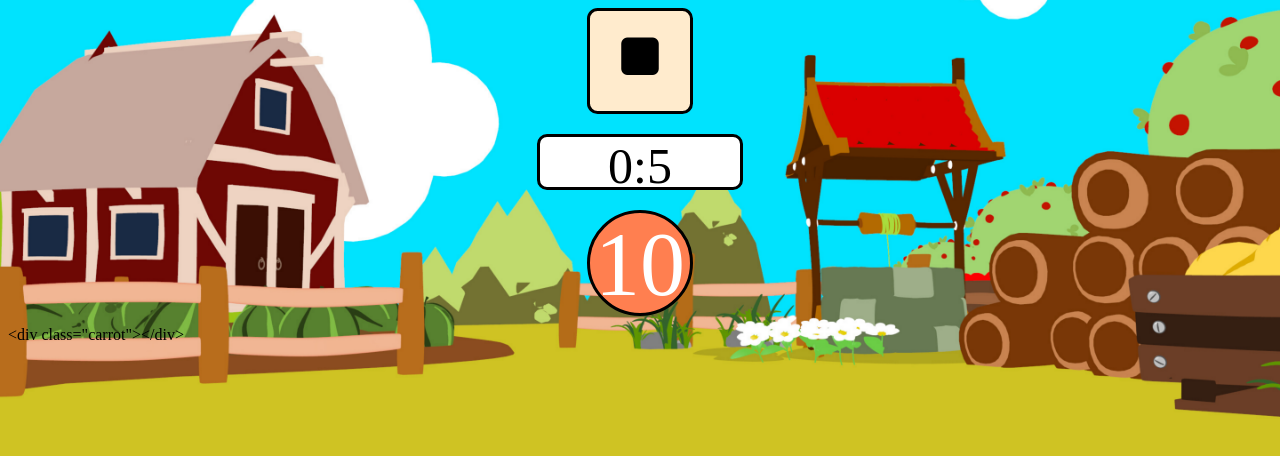
Repository: rumor1993/DreamCoding-Browser101
Page: Chapter07/index.html
The author's editor kept a copy of each file at every save. The page is drawn from the files as they stood at one save, then again after the next save.
The browser window is 1280 px wide. The pictures show the whole page.
Some web libraries are served in a nearby version.

Above is the page before, as saved 2021-01-01 14:07:08.
Console error: TypeError: Failed to execute 'appendChild' on 'Node': parameter 1 is not of type 'Node'.

### Chapter07/index.html
<!DOCTYPE html>
<html lang="en">
  <head>
    <meta charset="UTF-8" />
    <meta name="viewport" content="width=device-width, initial-scale=1.0" />
    <title>Document</title>
    <link rel="stylesheet" href="index.css" />
    <script src="index.js" defer></script>
    <script src="https://kit.fontawesome.com/86c035f01d.js" crossorigin="anonymous"></script>
  </head>
  <body>
    <div class="stop">
      <i class="fas fa-stop"></i>
    </div>
    <div class="timer">
      <div class="time">0:5</div>
    </div>
    <div class="carrot-count">
      <div class="count">10</div>
    </div>
  </body>
</html>

### Chapter07/index.css
body {
  background-repeat: no-repeat;
  background-size: cover;
  background-image: url("carrot/img/background.png");
}

.stop {
  position: relative;
  background-color: blanchedalmond;
  width: 100px;
  height: 100px;
  font-size: 50px;
  margin: auto;
  text-align: center;
  border: 3px solid black;
  border-radius: 10%;
}

.stop i {
  margin-top: 20%;
}

.timer {
  position: relative;
  width: 200px;
  height: 50px;
  margin: 20px auto;
  background-color: white;
  border: 3px solid black;
  border-radius: 10px;
}

.carrot-count {
  margin: 10px auto;
  background-color: coral;
  width: 100px;
  height: 100px;
  border-radius: 100%;
  border: 3px solid black;
}

.count {
  text-align: center;
  font-size: 90px;
  color: white;
}

.carrot {
  width: 100px;
  height: 100px;
  background-image: url("carrot/img/carrot.png");
  background-repeat: no-repeat;
}

.bug {
  width: 100px;
  height: 100px;
  background-image: url("carrot/img/bug.png");
  background-repeat: no-repeat;
}

.time {
  text-align: center;
  font-size: 50px;
}

### Chapter07/index.js
const body = document.querySelector("body");
const carrot = document.querySelector(".carrot");
const bug = document.querySelector(".bug");

let carrotCount = 10;

for (let i = 0; i < carrotCount; i++) {
  createCarrot();
  createBug();
}

function createCarrot() {
  const carrotObj = `<div class="carrot"></div>`;
  body.append(carrotObj);
}

function createBug() {
  const bugObj = `<div class="bug"></div>`;
  body.appendChild(bugObj);
}

After the next save:
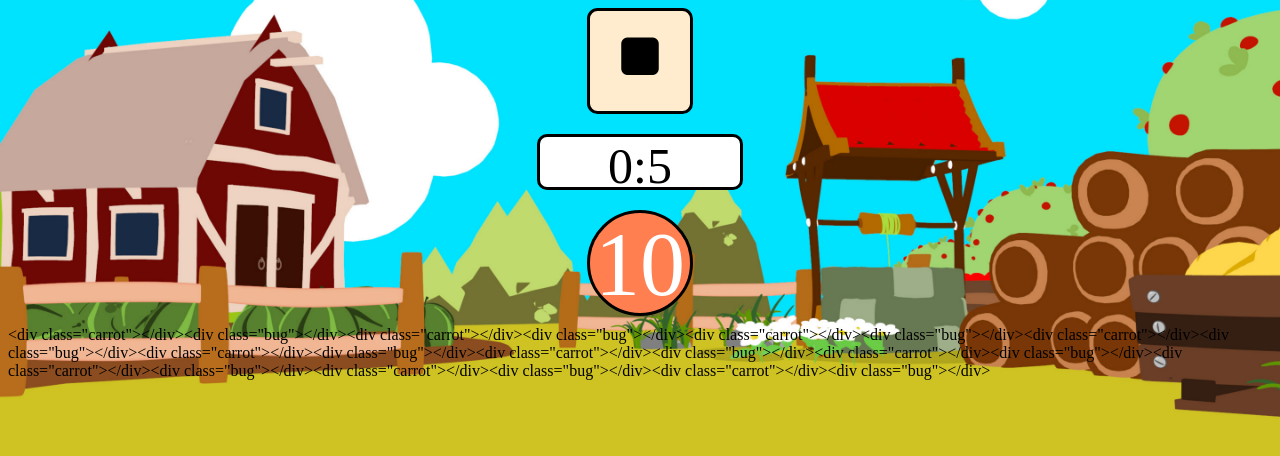
The error is gone.
Saved 4 s later.
--- a/Chapter07/index.js
+++ b/Chapter07/index.js
@@ -16,5 +16,5 @@ function createCarrot() {
 
 function createBug() {
   const bugObj = `<div class="bug"></div>`;
-  body.appendChild(bugObj);
+  body.append(bugObj);
 }
